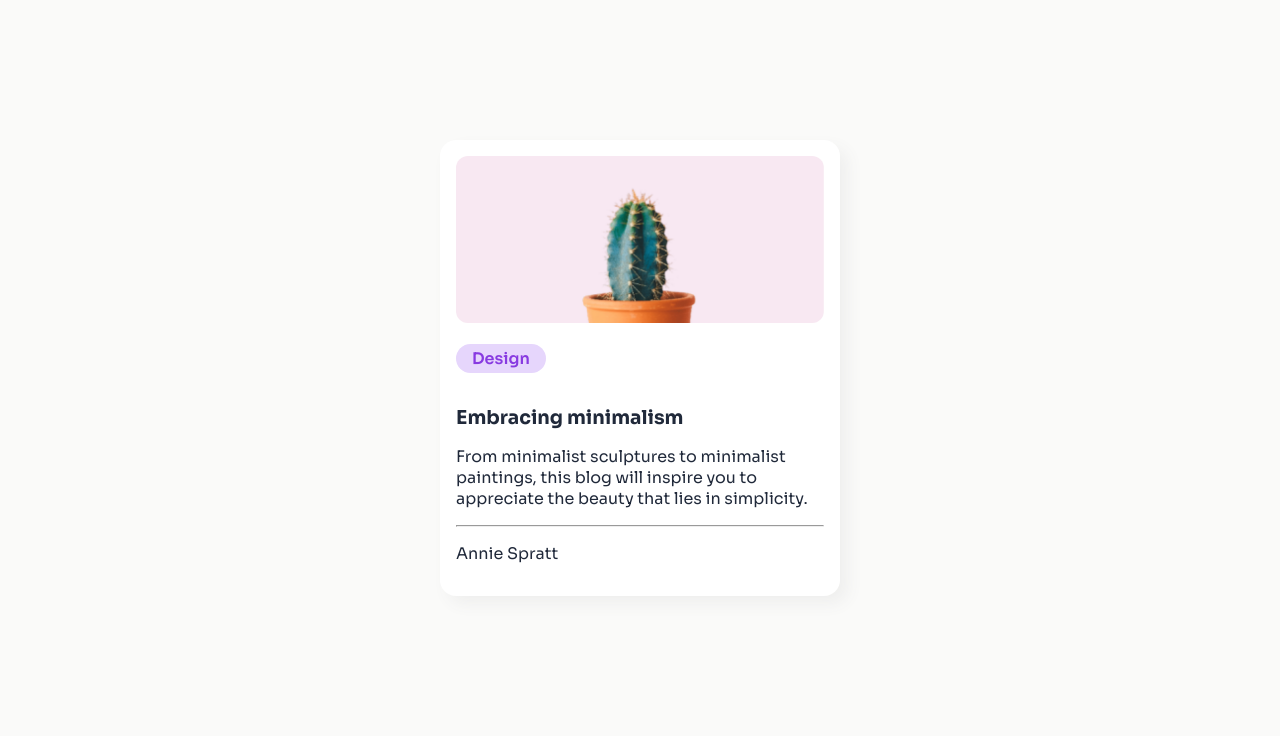
Repository: PCGP22/devChallengesio
Page: 01 - Minimal Blog Card/blogCard.html
The author's editor kept a copy of each file at every save. The page is drawn from the files as they stood at one save, then again after the next save.
The browser window is 1280 px wide. The pictures show the whole page.

Above is the page before, as saved 2024-01-01 20:01:01.

After the next save:
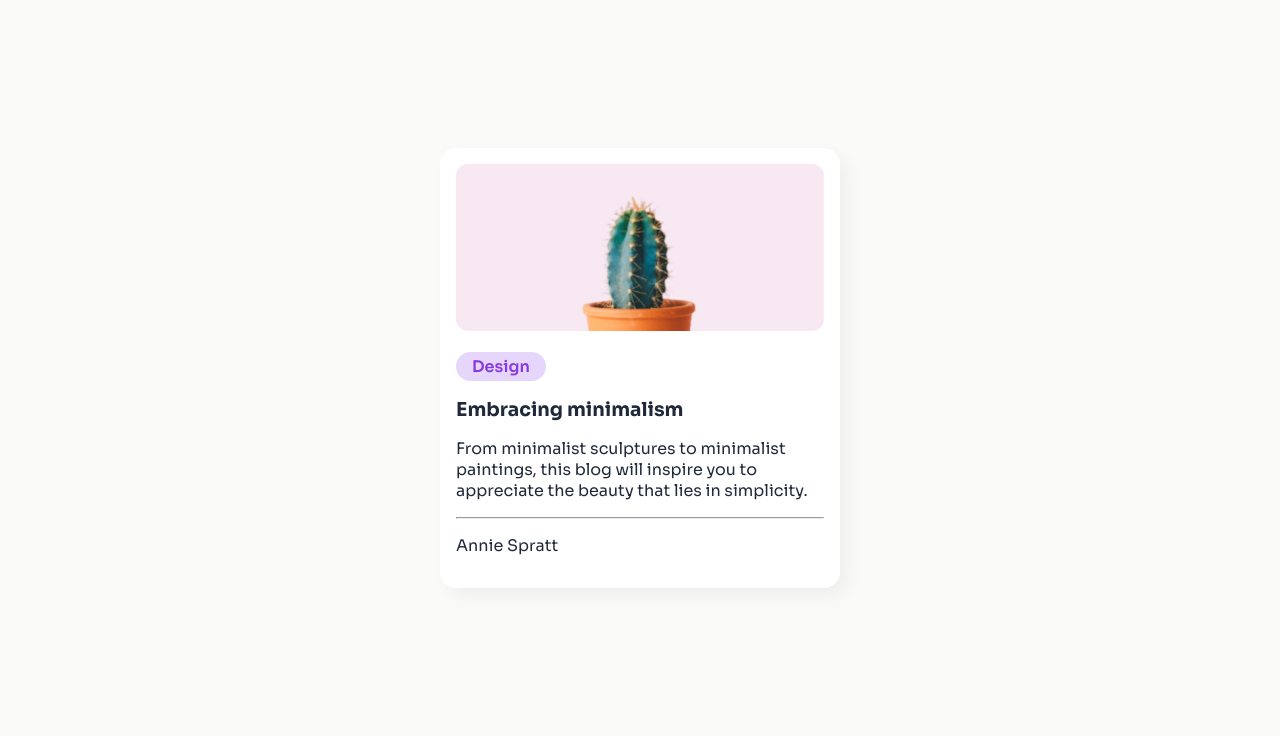
Saved 7 s later.
--- a/01 - Minimal Blog Card/styles.css
+++ b/01 - Minimal Blog Card/styles.css
@@ -48,5 +48,5 @@ body{
 
 h1{
     font-size: 1.2em;
-    margin-top: 16px;
+    margin-top: 0;
 }
